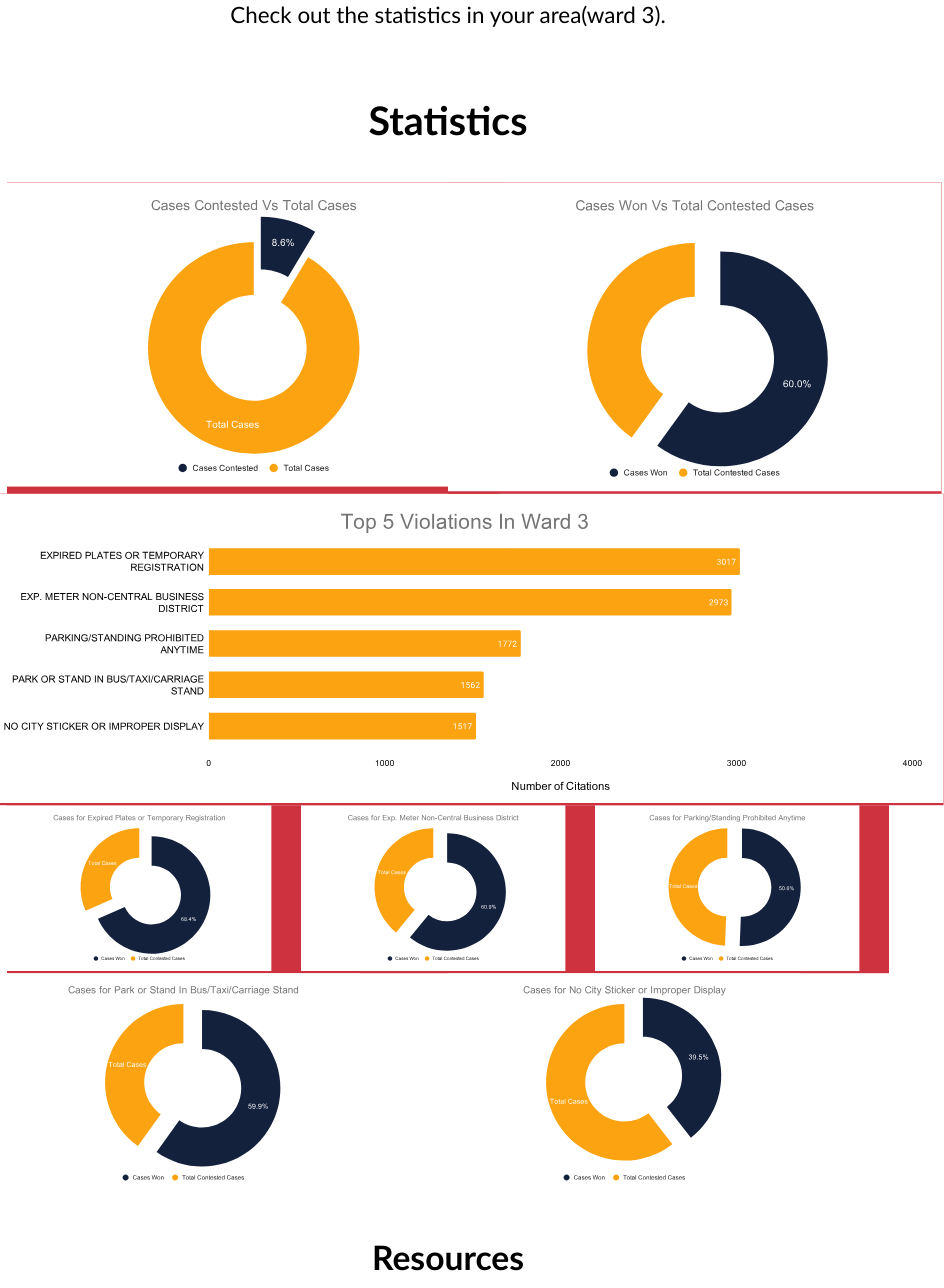
Repository: rdass1/COM421-FinalProject
Page: Website/index.html
These files come from the project's save history. The page is drawn as it stood at one moment and after the next save; the edit follows.
The browser window is 1280 px wide. The page is 1348 px wide, so the pictures cover 1348 px, including what lies to the right of the window. The pictures show the part of the page from y = 815 to 2655 px (the page is 2655 px tall), at 70% of full size.

Above is the page before, as saved 2021-05-12 05:16:40.
Console error: TypeError: Cannot read properties of undefined (reading 'style')

### Website/index.html
<!DOCTYPE html>
<html>
    <head>
        <meta charset="UTF-8">
        <meta name="description" content="Take It To the Streets is a non-profit organization that helps people find information on how to fight their tickets. ">
        <meta name="author" content="Group 2">
        <meta name="viewport" content="width=device-width, initial-scale=1.0">
        <link rel="stylesheet" type="text/css" href="css/index.css">
        <script src="javascript/index.js"></script>
        <title>Take It To The Streets</title>
    </head>
    <body class = "container">
        <div class="header">
            <div id = "navbar">
                <nav>
                    <ul>
                        <li><a href="#about">About</a></li>
                        <li><a href="#statistics">Statistics</a></li>
                        <li><a href="#resources">Resources</a></li>
                        <li><a href="#contact">Contact</a></li>
                    </ul>

                </nav>
            </div>
        </div>
        <div id="home" class="home-image">
            <div id="title">
                <h1>Stand Your Ground</h1>
                <h2>Learn how you can fight back</h2>
            </div>

        </div>
        <div id="about">
            <h3>About</h3>
            <p>Have you ever received a ticket and we're unable pay the ticket? Did you know that you can contest all tickets you receive in court! This may seem like a very challenging task, but <em>Take It To The Streets</em> is here to help! We'll take you through the step by step process in order to fight for your ticket. We're on your side and will make sure you get the best possible outcome you can. Still not convinced? Check out the statistics in your area(ward 3). </p>
        </div>
        <div id="statistics" class="statistics-container">
            <div id="statistics-container-item-header"><h3>Statistics</h3></div>
            <div id="statistics-container-item-1" class="statistics-container-item">
                <img src="images/Cases Contested Vs Total Cases.svg">
            </div>
            <div id="statistics-container-item-2" class="statistics-container-item">
                <img src="images/Cases Won Vs Total Contested Cases.svg">
            </div>
            <div id="statistics-container-item-3" class="statistics-container-item">
                <img src="images/Top 5 Violations In Ward 3.svg">
            </div>

            <div id="statistics-container-item-4" class="statistics-container-item">
                <div class="statistics-container-item-4-flex">
                    <div class ="statistics-container-item-4-flex-container" >
                        <img src="images/Cases for Expired Plates or Temporary Registration.svg">
                    </div>
                    <div class ="statistics-container-item-4-flex-container">
                        <img src="images/Cases for Exp. Meter Non-Central Business District.svg">
                    </div>
                    <div class ="statistics-container-item-4-flex-container">
                        <img src="images/Cases for Parking_Standing Prohibited Anytime.svg">
                    </div>

                </div>

            </div>
            <div id="statistics-container-item-5">
                <div class="statistics-container-item-4-flex">
                    <div class ="statistics-container-item-5-flex-container">
                        <img src="images/Cases for Park or Stand In Bus_Taxi_Carriage Stand.svg">
                    </div>
                    <div class ="statistics-container-item-5-flex-container">
                        <img src="images/Cases for No City Sticker or Improper Display.svg">
                    </div>

                </div>

            </div>
        </div>
        <div id="resources">
            <h3>Resources</h3>
        </div>
    </body>
</html>

### Website/css/index.css
html{
    scroll-behavior: smooth;
    font-family: 'Gill Sans', 'Gill Sans MT', Calibri, 'Trebuchet MS', sans-serif;
}

.container{
    margin:0px;
    display:grid;
    grid-template-columns: 1fr;
}

.header{
    background-color: #fca311;
    width: 100%;
    display: flex;
    justify-content: flex-start;
    margin: 0px;
    padding: 0px;
    z-index: 100;
}

#navbar nav{
    display: flex;


}

#navbar ul{
    height:inherit;
    margin: 0px;
    padding: 0px;
    overflow: hidden;
    list-style: none;
}

#navbar li{
    margin: 0px;
    font-size: 1.5rem;
    float:left;

}

#navbar a{
    display: block;
    color: white;
    text-decoration: none;
    padding: 20px 20px 20px 20px;
}

#navbar li:hover{
    background-color: #cf323f;
}


.home-image{
    display: grid;
    width:100%;
    height:60vh;
    background-image: url("/Website//images/pic5.png");
    background-repeat: no-repeat;
    background-size: cover;
    background-position: 0% 100%;

    grid-template-columns: auto;
    grid-template-rows: auto;
    grid-template-areas:
    ". . . . . . ."
    ". . header . . . ."
    ". . . . . . ."
    ". . . . . . ."


    ;

}


#title{
    grid-area: header;
}

#title h1{
    font-size: 8rem;
    color:white;
    margin: 0px;
    padding: 0px;
    text-shadow: 2px 2px 15px #2e2e2e;
}

.home-image h2{
    margin: 0px;
    padding: 0px;
    font-size: 3rem;
    color:white;
    text-shadow: 2px 2px 15px #2e2e2e;
}





.home-image img{
    width: 100%;
    height: 60%;
    object-fit: cover;
    object-position: 0px 100%;
    z-index: 10;
}



#about h3{
    text-align: center;
    font-size: 3rem;
    margin-bottom:15px;
}

#about p{
    text-align: center;
    margin-top:0px;
    margin-left:60px;
    margin-right:60px;
    font-size: 2rem;
}

.statistics-container{
    margin:10px;
    display: grid;
    grid-template-rows: 0fr 1/3fr 1/3fr 1/3fr 1/3fr;
    grid-template-columns: 1fr 1fr;
    justify-content: center;
    justify-items: center;


}

.statistics-container-item{
    background-color:#cf323f;


}



#statistics-container-item-header{
    grid-column: 1 / span 2;
    grid-row: 1 / 1;
    font-size: 3rem;
    text-align: center;



}

#statistics-container-item-1{
    grid-column: 1 / span 1;
    grid-row: 2/ 2;
}
#statistics-container-item-2{
    grid-column: 2 / span 2;
    grid-row: 2/ 2;
}
#statistics-container-item-3{
    grid-column: 1 / span 2;
    grid-row: 3/ 3;
}

#statistics-container-item-4{
    grid-column: 1 / span 2;
    grid-row: 4/ 4;
}
#statistics-container-item-5{
    grid-column: 1 / span 2;
    grid-row: 5/ 5;
}

.statistics-container-item-4-flex{
    display: flex;
    justify-content: center;
    justify-items: center;

}
.statistics-container-item-4-flex-container img{
    width: 90%;
    height: auto;

}

.statistics-container-item-5-flex-container img{
    width: 80%;
    height: auto;

}


#resources{

}

#resources h3{
    text-align: center;
    font-size: 3rem;
    margin-bottom:15px;
}

### Website/javascript/index.js
var slideIndex = 0;

showSlides();

function showSlides(){
    var i;
    var slides = document.getElementsByClassName("mySlides");
    var dots = document.getElementsByClassName("dot");
  for (i = 0; i < slides.length; i++) {
    slides[i].style.display = "none";
  }
  slideIndex++;
  if (slideIndex > slides.length) {slideIndex = 1}
  for (i = 0; i < dots.length; i++) {
    dots[i].className = dots[i].className.replace(" active", "");
  }
  slides[slideIndex-1].style.display = "block";
  dots[slideIndex-1].className += " active";
  setTimeout(showSlides, 2000);

  for(var i = 0; i<10; i++){
      console.log(i);
  }
}

After the next save:
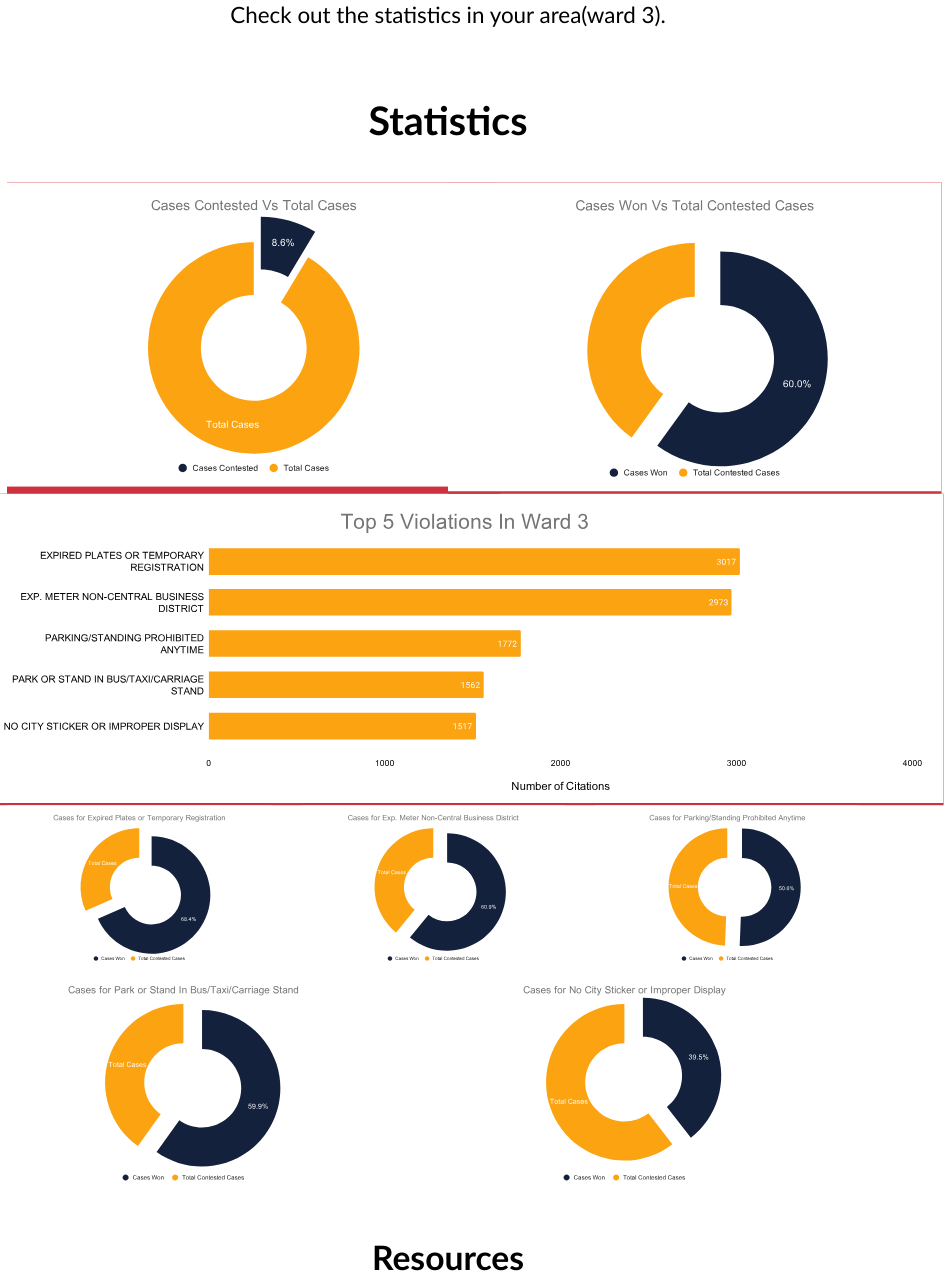
Saved 6 s later.
--- a/Website/index.html
+++ b/Website/index.html
@@ -46,9 +46,9 @@
                 <img src="images/Top 5 Violations In Ward 3.svg">
             </div>
 
-            <div id="statistics-container-item-4" class="statistics-container-item">
+            <div id="statistics-container-item-4" >
                 <div class="statistics-container-item-4-flex">
-                    <div class ="statistics-container-item-4-flex-container" >
+                    <div class ="statistics-container-item-4-flex-container">
                         <img src="images/Cases for Expired Plates or Temporary Registration.svg">
                     </div>
                     <div class ="statistics-container-item-4-flex-container">
